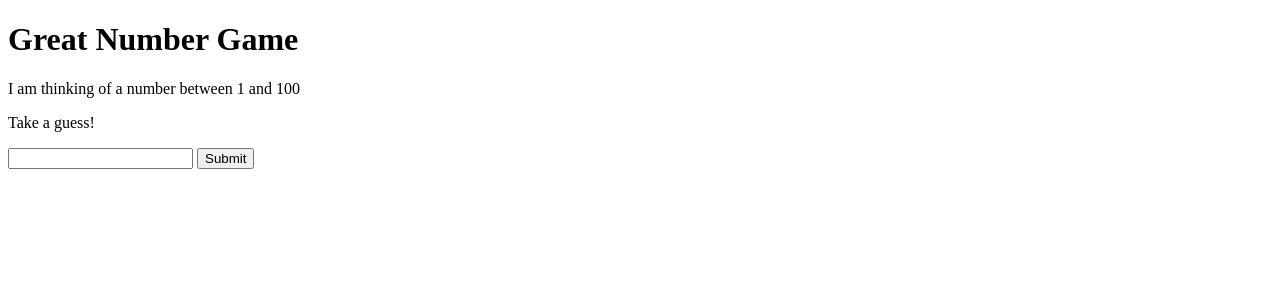
Repository: ohis/JAVAOnTheWeb
Page: http://localhost/GreatNumberGame/
The author's editor kept a copy of each file at every save. The page is drawn from the files as they stood at one save, then again after the next save.
The browser window is 1280 px wide. The pictures show the whole page.
The page is served by Tomcat 9.

Above is the page before, as saved 2017-12-03 23:24:07.

### servlets/GreatNumberGame/WebContent/WEB-INF/index.jsp
<%@ page language="java" contentType="text/html; charset=ISO-8859-1"
    pageEncoding="ISO-8859-1"%>
<!DOCTYPE html PUBLIC "-//W3C//DTD HTML 4.01 Transitional//EN" "http://www.w3.org/TR/html4/loose.dtd">
<html>
<head>
<meta http-equiv="Content-Type" content="text/html; charset=ISO-8859-1">
<title>Great Number Game</title>
</head>
<body>
  <h1>Great Number Game</h1>
  <p>I am thinking of a number between 1 and 100</p>
   <p>Take a guess!</p>
    <form action="Number" method="post">
      <input type="number" name="num">
      <input type="submit" value="Submit">
    </form>
    <p><% String msg = (String)request.getSession().getAttribute("num")  ;%></p>
</body>
</html>

### servlets/GreatNumberGame/src/com/codingdojo/web/controller/Number.java
package com.codingdojo.web.controller;

import java.io.IOException;
import java.util.Random;

import javax.servlet.RequestDispatcher;
import javax.servlet.ServletException;
import javax.servlet.annotation.WebServlet;
import javax.servlet.http.HttpServlet;
import javax.servlet.http.HttpServletRequest;
import javax.servlet.http.HttpServletResponse;
import javax.servlet.http.HttpSession;

/**
 * Servlet implementation class Number
 */
@WebServlet("/Number")
public class Number extends HttpServlet {
	private static final long serialVersionUID = 1L;

    /**
     * @see HttpServlet#HttpServlet()
     */
    public Number() {
        super();
        // TODO Auto-generated constructor stub
    }

	/**
	 * @see HttpServlet#doGet(HttpServletRequest request, HttpServletResponse response)
	 */
	protected void doGet(HttpServletRequest request, HttpServletResponse response) throws ServletException, IOException {
		// TODO Auto-generated method stub
		// TODO Auto-generated method stub

		RequestDispatcher view = request.getRequestDispatcher("/WEB-INF/index.jsp");
		view.forward(request, response);
	}

	/**
	 * @see HttpServlet#doPost(HttpServletRequest request, HttpServletResponse response)
	 */
	protected void doPost(HttpServletRequest request, HttpServletResponse response) throws ServletException, IOException {
		Random rand = new Random();
		int val = rand.nextInt((100 - 1) ) + 1;
		Integer n = Integer.parseInt(request.getParameter("num"));
		HttpSession session = request.getSession();
		 //Integer num = 	(Integer)session.getAttribute("num");
		 if(n > val) {
			 String highOrL = "Number is too high";
			 session.setAttribute("num", highOrL);
		 }else if (n < val) {
			 String highOrL = "Number is too low";
			 session.setAttribute("num", highOrL);
		 }
		 else {
			 session.setAttribute("num", val);
		 }
		 response.sendRedirect("/GreatNumberGame/Number");
		//doGet(request, response);
	}

}

After the next save:
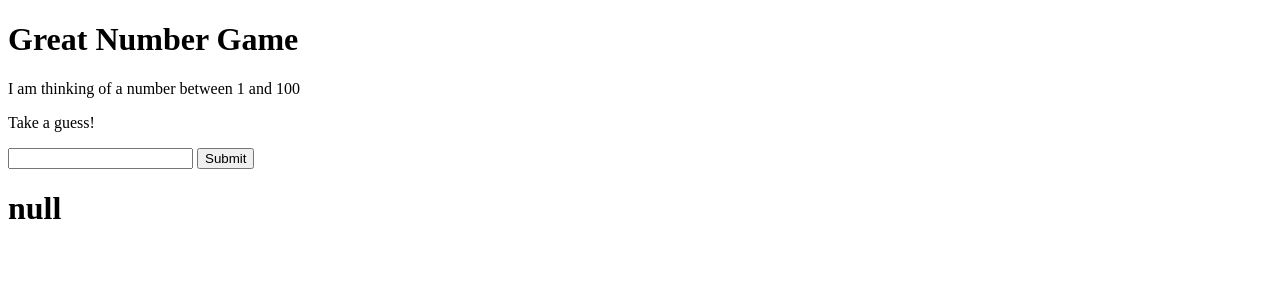
Saved 25 s later.
--- a/servlets/GreatNumberGame/WebContent/WEB-INF/index.jsp
+++ b/servlets/GreatNumberGame/WebContent/WEB-INF/index.jsp
@@ -15,5 +15,6 @@
       <input type="submit" value="Submit">
     </form>
     <p><% String msg = (String)request.getSession().getAttribute("num")  ;%></p>
+    <h1><%= msg %></h1>
 </body>
 </html>
